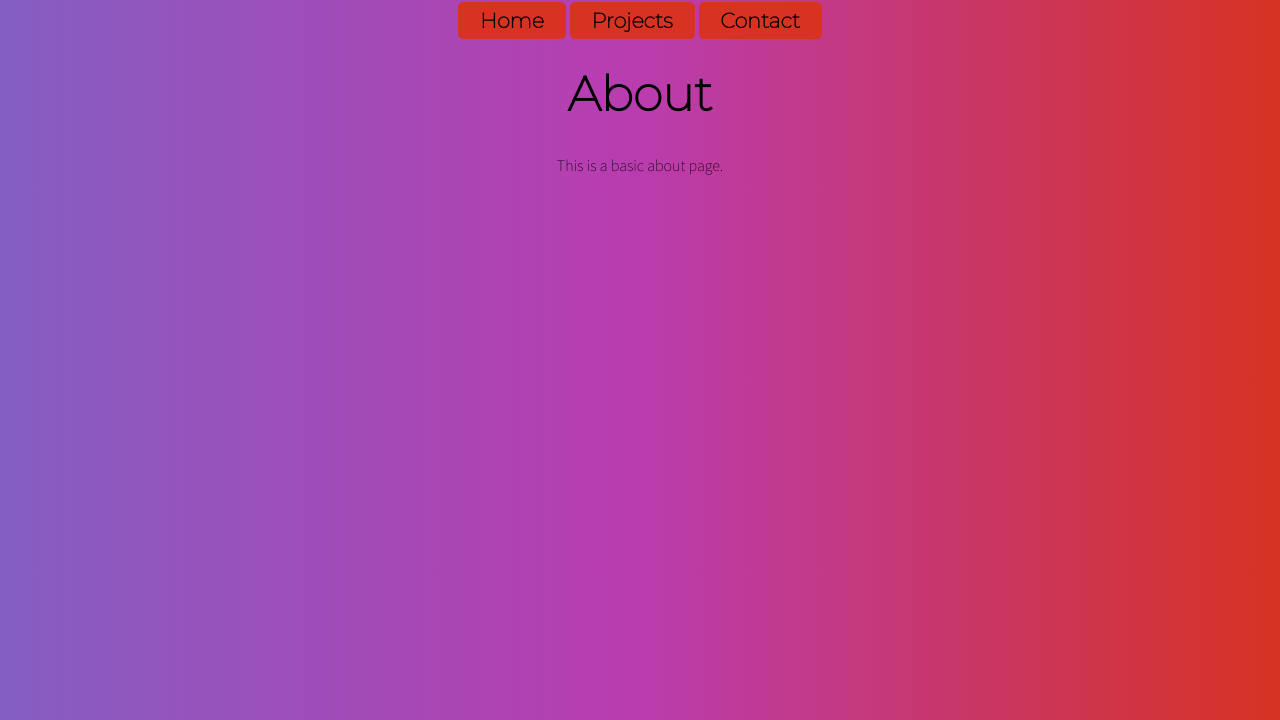
Repository: thecptwaffles/portfolio
Page: about.html
The author's editor kept a copy of each file at every save. The page is drawn from the files as they stood at one save, then again after the next save.
The browser window is 1280 px wide. The pictures show the whole page.

Above is the page before, as saved 2022-05-06 21:24:19.

After the next save:
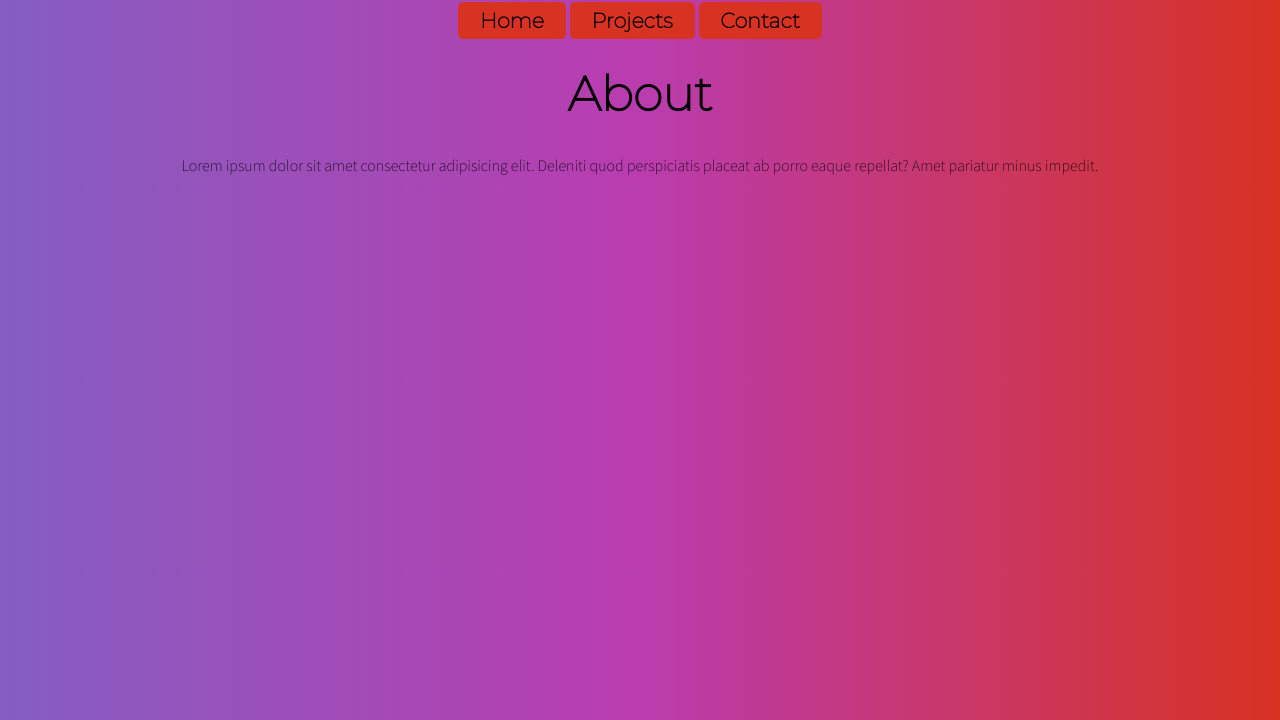
Saved 49 s later.
--- a/about.html
+++ b/about.html
@@ -23,7 +23,8 @@
     <div class="about-container">
         <h1>About</h1>
         <p>
-            This is a basic about page.
+            Lorem ipsum dolor sit amet consectetur adipisicing elit. Deleniti quod perspiciatis placeat ab porro eaque
+            repellat? Amet pariatur minus impedit.
         </p>
     </div>
 </body>
